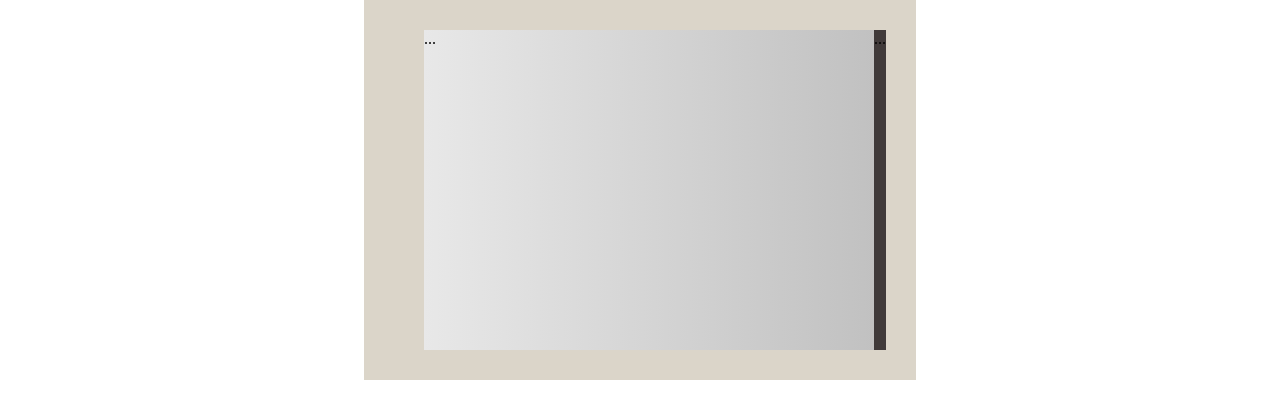
Repository: ThiagoIturra/urnaJs
Page: index.html
These files come from the project's save history. The page is drawn as it stood at one moment and after the next save; the edit follows.
The browser window is 1280 px wide. The pictures show the whole page.

Above is the page before, as saved 2022-01-05 15:47:58.

### index.html
<!DOCTYPE html>
<html lang="pt-BR">
<header>
    <meta charset="UTF-8" />
    <meta name="viewport" content="width=device-width, initial-scale=1.0">
    <link rel="stylesheet" href="style.css">
    <title>Urna Eletrônica</title>
</header>
<body>
    <div class="urna">
        <div class="screen">
...
        </div>
        <div class="keyboard">
            ...
        </div>
    </div>
</body>
</html>

### style.css
body {
    margin: 0;
    display: flex;
    justify-content: center;
    align-items: center;
}

.urna {
    background-color: #dbd5c9;
    padding: 30px;
    display: flex;
}

.screen {
    width: 450px;
    height: 320px;
    background: linear-gradient(to right, #e8e8e8, #c1c1c1);
    margin-left: 30px;
}

.keyboard {
    background-color: #403A3A;
}

After the next save:
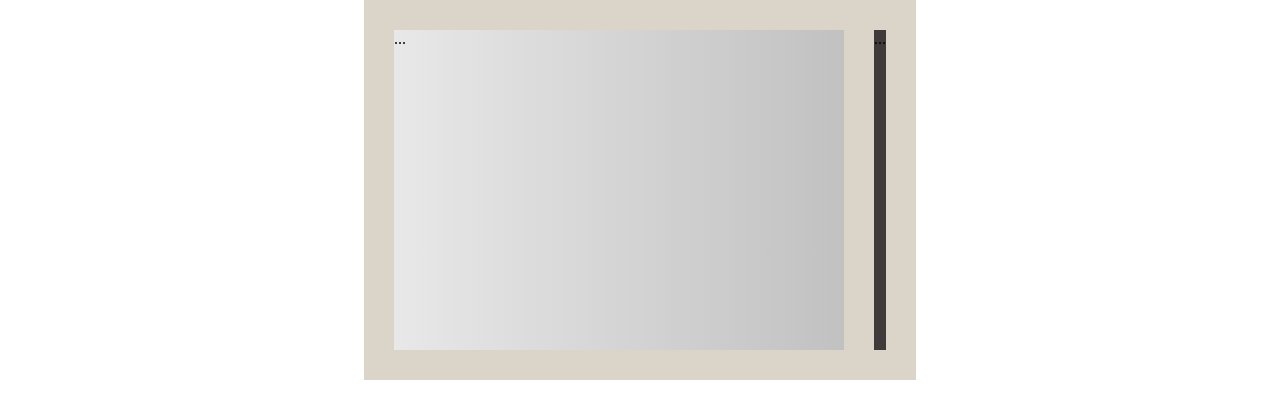
Saved 31 s later.
--- a/style.css
+++ b/style.css
@@ -15,9 +15,9 @@ body {
     width: 450px;
     height: 320px;
     background: linear-gradient(to right, #e8e8e8, #c1c1c1);
-    margin-left: 30px;
 }
 
 .keyboard {
     background-color: #403A3A;
+    margin-left: 30px;
 }
